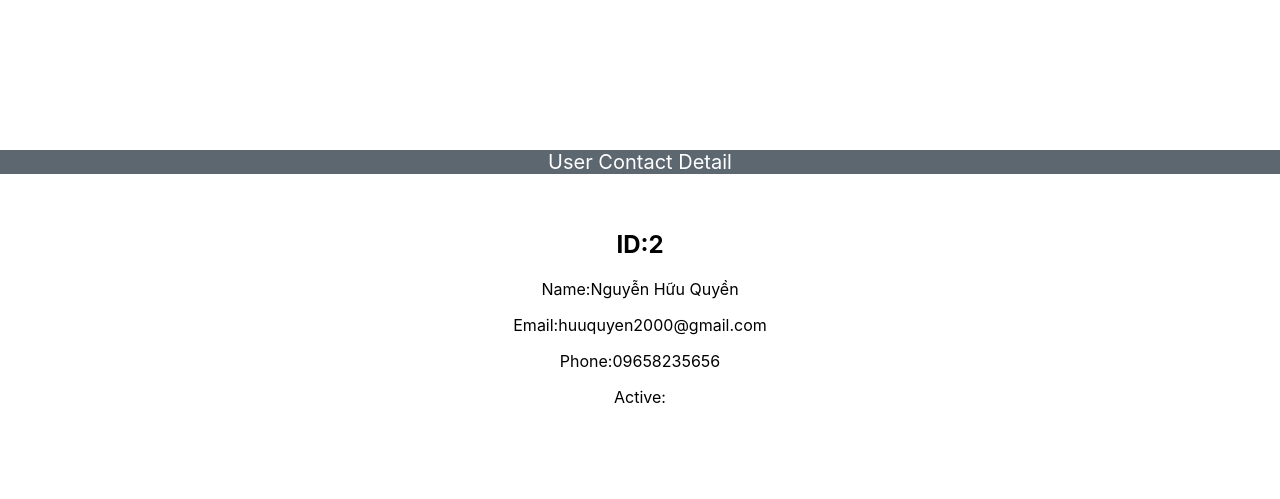
Repository: fdhhhdjd/Redux-Toolkit-CURD-Firebase
Page: /view/2
These files come from the project's save history. The page is drawn as it stood at one moment and after the next save; the edit follows.
The browser window is 1280 px wide. The pictures show the whole page.
The project was rebuilt for these pictures with package versions that can differ from the ones it lists, and the page was loaded fresh each time. Also part of the build but not shown: src/Component/Home.js, src/Styles/AddEdit.css, src/Component/AddEdit.js.

Above is the page before, as saved 2021-10-24 21:53:36.

After the next save:
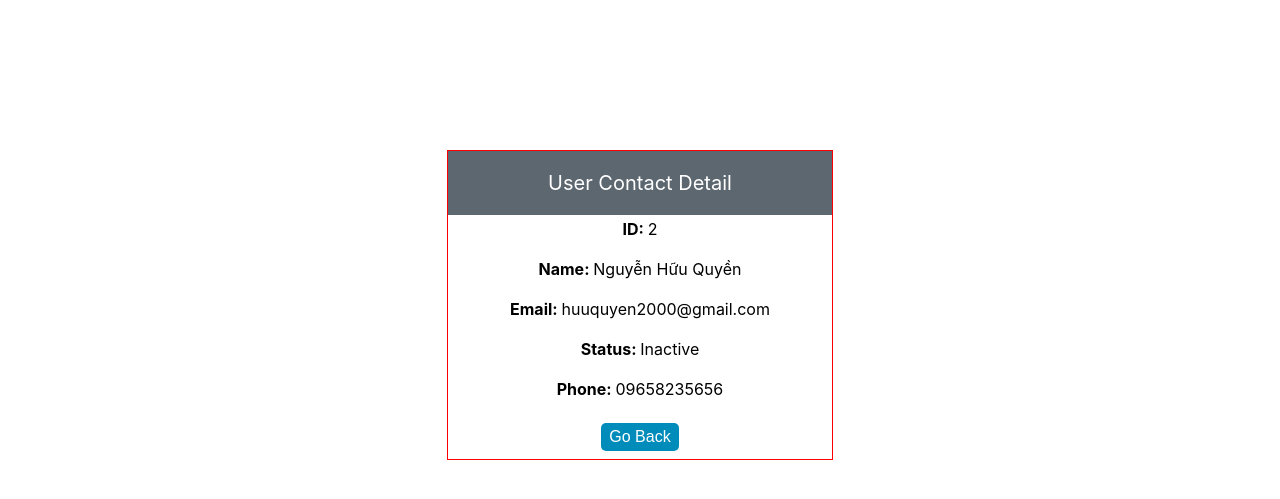
Saved 18 s later.
--- a/src/Component/View.js
+++ b/src/Component/View.js
@@ -18,11 +18,11 @@ const View = () => {
   return (
     <>
       <div style={{ marginTop: "150px" }}>
-        {/* <div className="card"> */}
-        <div className="card-header">
-          <p>User Contact Detail</p>
-        </div>
-        {/* <div className="container">
+        <div className="card">
+          <div className="card-header">
+            <p>User Contact Detail</p>
+          </div>
+          <div className="container">
             <strong>ID: </strong>
             <span>{id}</span>
             <br />
@@ -46,16 +46,7 @@ const View = () => {
             <Link to="/">
               <button className="btn btn-edit">Go Back</button>
             </Link>
-          </div> */}
-        <div class="col-wrap">
-          <div class="col">
-            <h2>ID:{id}</h2>
-            <p>Name:{user.name}</p>
-            <p>Email:{user.email} </p>
-            <p>Phone:{user.phone}</p>
-            <p>Active:{user.active}</p>
           </div>
-          {/* </div> */}
         </div>
       </div>
     </>
